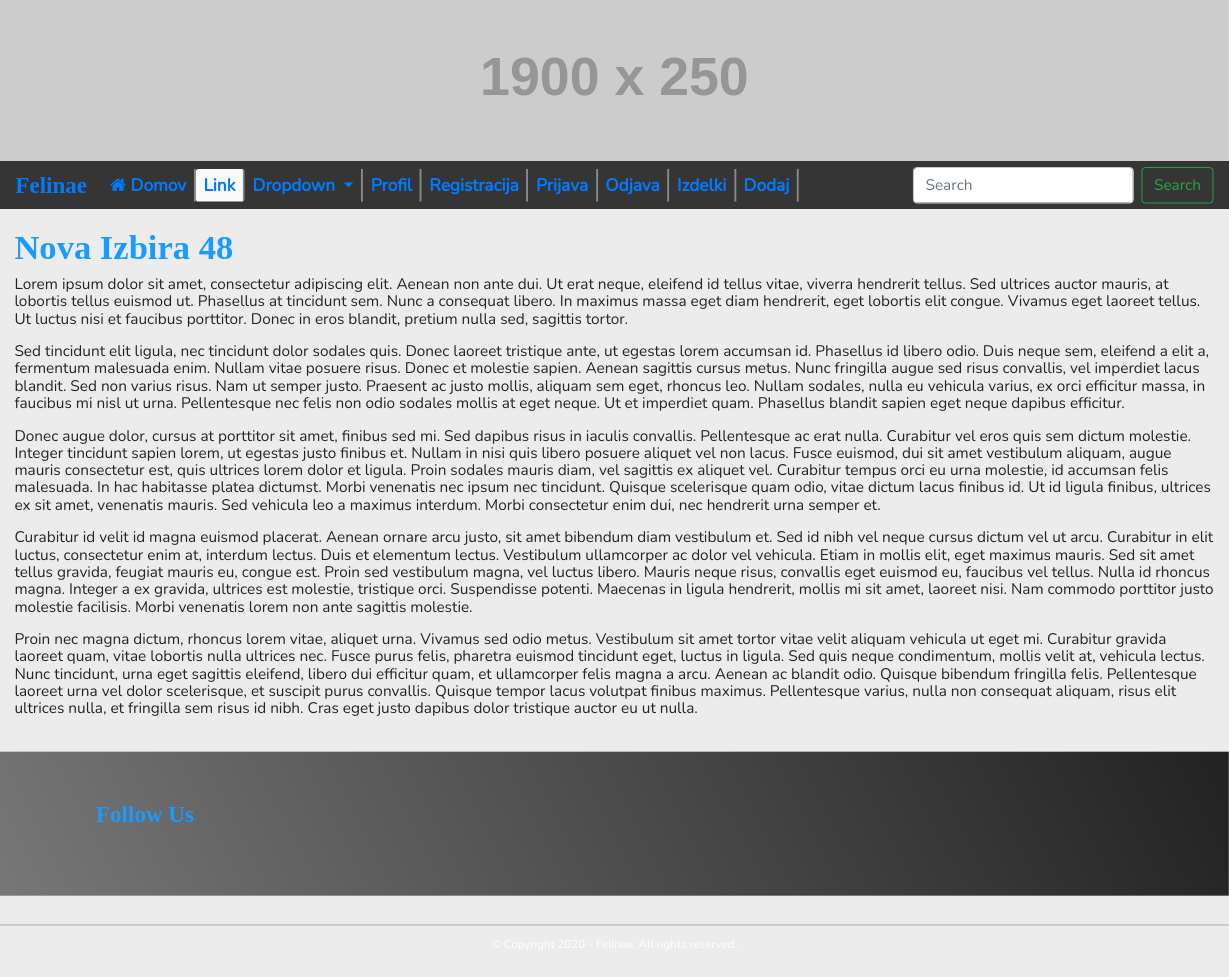
Repository: UrbyK/Felinae
Page: http://localhost/index.php?page=home
These files come from the project's save history. The page is drawn as it stood at one moment and after the next save; the edit follows.
The browser window is 1280 px wide. The pictures show the whole page, at 96% of full size.
Some web fonts or font styles are not loaded; a fallback is used. The page is run by PHP 8.4 with error messages shown; the project is at /var/www/html/.

Above is the page before, as saved 2020-08-29 19:18:45.

### index.php
<?php
    session_start();

    include './functions.php';

    $pdo = pdo_connect_mysql();

    $_GET   = filter_input_array(INPUT_GET, FILTER_SANITIZE_STRING);
    $_POST  = filter_input_array(INPUT_POST, FILTER_SANITIZE_STRING);

    $page = isset($_GET['page']) && file_exists($_GET['page']. '.php') ? $_GET['page'] : 'home';
    include $page . '.php';

    template_footer();

?>

### functions.php
<?php
    include './includes/dbh.inc.php';

    include_once('./includes/search-functions.php');
    include_once('./includes/picture-upload.inc.php');

    function template_header($title){
        include_once('./header.php');
    }

    function template_footer(){
        include_once('./footer.php');
    }


    function countries(){
        $pdo = pdo_connect_mysql();
        $stmt = $pdo->prepare("SELECT * FROM country");
        $stmt->execute();
        $result = $stmt->fetchAll(PDO::FETCH_ASSOC);
        return $result;
    }

    function slugify($string){
        return strtolower(trim(preg_replace('/[^A-Za-z0-9-]+/', '-', $string), '-'));
    }

    function get_image($product_id){
        $pdo = pdo_connect_mysql();
        $stmt = $pdo->prepare("SELECT * FROM product_image WHERE product_id = ?");
        $stmt->execute([$product_id]);
        $result = $stmt->fetchAll(PDO::FETCH_ASSOC);
        return $result;
    }

    function retail_price($product_id){
        $pdo = pdo_connect_mysql();
        $stmt = $pdo->prepare("SELECT * FROM product WHERE ID = ?");
        $stmt->execute([$product_id]);
        $product = $stmt->fetch();

        if($product['startsAt'] <= date('Y-m-d H:i:s') && date('Y-m-d H:i:s') <= $product['endsAt']){
            $retail_price = round($product['price']-($product['price']*($product['discount']/100)), 2);
        }
        else{
            $retail_price = $product['price'];
        }

        return $retail_price;

    }

?>

### includes/dbh.inc.php
<?php
    function pdo_connect_mysql(){
        /* credentials */
        $dbHost = 'localhost';
        $dbUser = 'root';
        $dbPass = '';
        $dbName = 'felinae';

        try{
            return new PDO('mysql:host=' . $dbHost . ';dbname=' . $dbName . ';charset=utf8', $dbUser, $dbPass);
        } catch (PDOException $exception) {
            // If there is an error with the connection, stop the script and display the error.
            die ('Failed to connect to database!'. $exception->getMessage());
        }
    }
?>

### includes/search-functions.php
<?php
    function get_city($pdo, $city, $postalCode, $country_id){

        $query = "SELECT * FROM city WHERE country_id = ? AND lower(city) LIKE lower(?) AND postalCode = ?";
        $stmt = $pdo->prepare($query);
        $stmt->execute([$country_id, $city, $postalCode]);
        return $stmt;
    }
?>

### includes/picture-upload.inc.php
<?php

    function image_upload($product_id, $url, $caption, $i){

        $pdo = pdo_connect_mysql();
        $target_dir = "./uploads/";
        $relative_dir = "./uploads/";

        $change_name = date("Y-m-d-h-i-s")."-".$product_id."-".basename($url);
        $change_name;
        $target_file = $target_dir . $change_name;
        $relative_file = $relative_dir . $change_name;

        $uploadOk = 1;
        $imageFileType = strtolower(pathinfo($target_file,PATHINFO_EXTENSION));

        if(isset($_POST["submit"])) {
            $check = getimagesize($_FILES["image"]["tmp_name"][$i]);
            if($check !== false) {
                //echo "File is an image - " . $check["mime"] . ".";
                $uploadOk = 1;
            } else {
                //echo "File is not an image.";
                $uploadOk = 0;
            }
        }

        if($imageFileType != "jpg" && $imageFileType != "png" && $imageFileType != "jpeg"
        && $imageFileType != "gif" ) {
            $uploadOk = 0;
        }

        if ($uploadOk == 1) {
            if (move_uploaded_file($_FILES["image"]["tmp_name"][$i], $target_file)) {
                //vse je ok, zapišem še v bazo
                $query = "INSERT INTO product_image(product_id, image, caption) VALUES (?,?,?)";
                $stmt = $pdo->prepare($query);
                $stmt->execute([$product_id, $relative_file, $caption]);
            }
        }
    }

?>

### home.php
<?=template_header('Home')?>
<div class="row">
    <h1>Nova Izbira 48</h1>
    <p>
    Lorem ipsum dolor sit amet, consectetur adipiscing elit. Aenean non ante dui. Ut erat neque, eleifend id tellus vitae, viverra hendrerit tellus. Sed ultrices auctor mauris, at lobortis tellus euismod ut. Phasellus at tincidunt sem. Nunc a consequat libero. In maximus massa eget diam hendrerit, eget lobortis elit congue. Vivamus eget laoreet tellus. Ut luctus nisi et faucibus porttitor. Donec in eros blandit, pretium nulla sed, sagittis tortor.
    </p>
    <p>
    Sed tincidunt elit ligula, nec tincidunt dolor sodales quis. Donec laoreet tristique ante, ut egestas lorem accumsan id. Phasellus id libero odio. Duis neque sem, eleifend a elit a, fermentum malesuada enim. Nullam vitae posuere risus. Donec et molestie sapien. Aenean sagittis cursus metus. Nunc fringilla augue sed risus convallis, vel imperdiet lacus blandit. Sed non varius risus. Nam ut semper justo. Praesent ac justo mollis, aliquam sem eget, rhoncus leo. Nullam sodales, nulla eu vehicula varius, ex orci efficitur massa, in faucibus mi nisl ut urna. Pellentesque nec felis non odio sodales mollis at eget neque. Ut et imperdiet quam. Phasellus blandit sapien eget neque dapibus efficitur.
    </p>
    <p>
    Donec augue dolor, cursus at porttitor sit amet, finibus sed mi. Sed dapibus risus in iaculis convallis. Pellentesque ac erat nulla. Curabitur vel eros quis sem dictum molestie. Integer tincidunt sapien lorem, ut egestas justo finibus et. Nullam in nisi quis libero posuere aliquet vel non lacus. Fusce euismod, dui sit amet vestibulum aliquam, augue mauris consectetur est, quis ultrices lorem dolor et ligula. Proin sodales mauris diam, vel sagittis ex aliquet vel. Curabitur tempus orci eu urna molestie, id accumsan felis malesuada. In hac habitasse platea dictumst. Morbi venenatis nec ipsum nec tincidunt. Quisque scelerisque quam odio, vitae dictum lacus finibus id. Ut id ligula finibus, ultrices ex sit amet, venenatis mauris. Sed vehicula leo a maximus interdum. Morbi consectetur enim dui, nec hendrerit urna semper et.
    </p>
    <p>
    Curabitur id velit id magna euismod placerat. Aenean ornare arcu justo, sit amet bibendum diam vestibulum et. Sed id nibh vel neque cursus dictum vel ut arcu. Curabitur in elit luctus, consectetur enim at, interdum lectus. Duis et elementum lectus. Vestibulum ullamcorper ac dolor vel vehicula. Etiam in mollis elit, eget maximus mauris. Sed sit amet tellus gravida, feugiat mauris eu, congue est. Proin sed vestibulum magna, vel luctus libero. Mauris neque risus, convallis eget euismod eu, faucibus vel tellus. Nulla id rhoncus magna. Integer a ex gravida, ultrices est molestie, tristique orci. Suspendisse potenti. Maecenas in ligula hendrerit, mollis mi sit amet, laoreet nisi. Nam commodo porttitor justo molestie facilisis. Morbi venenatis lorem non ante sagittis molestie.
    </p>
    <p>
    Proin nec magna dictum, rhoncus lorem vitae, aliquet urna. Vivamus sed odio metus. Vestibulum sit amet tortor vitae velit aliquam vehicula ut eget mi. Curabitur gravida laoreet quam, vitae lobortis nulla ultrices nec. Fusce purus felis, pharetra euismod tincidunt eget, luctus in ligula. Sed quis neque condimentum, mollis velit at, vehicula lectus. Nunc tincidunt, urna eget sagittis eleifend, libero dui efficitur quam, et ullamcorper felis magna a arcu. Aenean ac blandit odio. Quisque bibendum fringilla felis. Pellentesque laoreet urna vel dolor scelerisque, et suscipit purus convallis. Quisque tempor lacus volutpat finibus maximus. Pellentesque varius, nulla non consequat aliquam, risus elit ultrices nulla, et fringilla sem risus id nibh. Cras eget justo dapibus dolor tristique auctor eu ut nulla.
    </p>
</div>

<?=template_footer()?>

### header.php
<!DOCTYPE html>
<html>
    <head>
        <meta charset="utf-8" content="text/html"/>
        <meta name="viewport" content="width=device-width, intital-scale=1.0"/>

        <!-- JavaScript -->
        <script src="https://code.jquery.com/jquery-3.5.1.js" integrity="sha256-QWo7LDvxbWT2tbbQ97B53yJnYU3WhH/C8ycbRAkjPDc=" crossorigin="anonymous"></script>
        <!-- Boostrap -->
            <!-- CSS -->
        <link rel="stylesheet" href="https://stackpath.bootstrapcdn.com/bootstrap/4.5.0/css/bootstrap.min.css"
            integrity="sha384-9aIt2nRpC12Uk9gS9baDl411NQApFmC26EwAOH8WgZl5MYYxFfc+NcPb1dKGj7Sk" crossorigin="anonymous" />

            <!-- JavaScript -->
        <script src="https://stackpath.bootstrapcdn.com/bootstrap/4.5.0/js/bootstrap.bundle.min.js"
             integrity="sha384-1CmrxMRARb6aLqgBO7yyAxTOQE2AKb9GfXnEo760AUcUmFx3ibVJJAzGytlQcNXd" crossorigin="anonymous"></script>

        <!-- FONTAWESOME -->
        <link rel="stylesheet" href="https://stackpath.bootstrapcdn.com/font-awesome/4.7.0/css/font-awesome.min.css" integrity="sha384-wvfXpqpZZVQGK6TAh5PVlGOfQNHSoD2xbE+QkPxCAFlNEevoEH3Sl0sibVcOQVnN"
         crossorigin="anonymous">

         <script src="./js/active-menu.js" crossorigin="anonymous"></script>

         <!--CUSTOM CSS-->
         <link rel="stylesheet" href="./css/style.css">

        <title>Felinae</title>
    </head>

    <body>

        <header>
            <div class="banner"><img src="https://via.placeholder.com/1900x250" alt="banner"></div>
        </header>

       <!-- <nav class="navbar sticky-top navbar-expand-lg navbar-light bg-light ">-->
        <nav class="navbar sticky-top navbar-expand-lg">
            <a class="navbar-brand" href="#">Felinae</a>
            <button class="navbar-toggler ml-auto custom-toggler" type="button" data-toggle="collapse" data-target="#navbarSupportedContent" aria-controls="navbarSupportedContent" aria-expanded="false" aria-label="Toggle navigation">
                <span class="navbar-toggler-icon"></span>
            </button>

            <div class="collapse navbar-collapse" id="navbarSupportedContent">

                <ul class="navbar-nav mr-auto">
                    <li class="nav-item">
                        <a class="nav-link" href="./index.php"><i class="fa fa-home" aria-hidden="true"></i> Domov <span class="sr-only">(current)</span></a>
                    </li>
                    <li class="nav-item">
                        <a class="nav-link" href="./index.php?page=home">Link</a>
                    </li>
                    <li class="nav-item dropdown" >
                        <a class="nav-link dropdown-toggle" href="#" id="navbarDropdown" role="button" data-toggle="dropdown" aria-haspopup="true" aria-expanded="false">
                        Dropdown
                        </a>
                        <div class="dropdown-menu" aria-labelledby="navbarDropdown">
                        <a class="dropdown-item" href="#">Action</a>
                        <a class="dropdown-item" href="#">Another action</a>
                        <div class="dropdown-divider"></div>
                        <a class="dropdown-item" href="#">Something else here</a>
                        </div>
                    </li>

                    <li class="nav-item">
                        <a class="nav-link" href="./index.php?page=profile">Profil</a>
                    </li>
                    <li class="nav-item">
                        <a class="nav-link" href="./index.php?page=register-user">Registracija</a>
                    </li>
                    <li class="nav-item">
                        <a class="nav-link" href="./index.php?page=login">Prijava</a>
                    </li>
                    <li class="nav-item">
                        <a class="nav-link" href="./index.php?page=logout">Odjava</a>
                    </li>
                    <li class="nav-item">
                        <a class="nav-link" href="./index.php?page=products">Izdelki</a>
                    </li>
                    <li class="nav-item">
                        <a class="nav-link" href="./index.php?page=product-add">Dodaj</a>
                    </li>

                </ul>

                <form class="form-inline my-2 my-lg-0">
                    <input class="form-control mr-sm-2" type="search" placeholder="Search" aria-label="Search">
                    <button class="btn btn-outline-success my-2 my-sm-0" type="submit">Search</button>
                </form>

            </div>
        </nav>

    <div class="container-fluid">

### footer.php
    </div><!-- class="container-fluid" --->

        <footer class="page-footer font-small flow-footer" id="footer" role="contentinfo">
            <div class="footer-wrapper">
                <div class="container container-footer">
                    <div class="row">
                        <div class="col-12">
                            <h4>Follow Us</h4>
                            <ul class="social-network social-circle">
                                <li><a href="https://www.facebook.com" target="_blank" class="icoFacebook" title="Facebook"><i class="fab fa-facebook-f"></i></a></li>
                                <li><a href="https://www.linkedin.com" target="_blank" class="icoLinkedin" title="Linkedin"><i class="fab fa-linkedin-in"></i></a></li>
                                <li><a href="https://www.youtube.com" target="_blank" class="icoYoutube" title="Youtube"><i class="fab fa-youtube"></i></a></li>
                                <li><a href="https://twitter.com" target="_blank" class="icoTwitter" title="Twitter"><i class="fab fa-twitter"></i></a></li>
                            </ul>
                            </div>
                        </div>
                    </div>
                    <div class="row">
                        <div class="col-12 copy">
                            <p class="text-center">&copy; Copyright 2020 - Felinae.  All rights reserved.</p>
                        </div>
                    </div>
                </div>
            </div>
        </footer>





    </body>
</html>

### js/active-menu.js
$(function(){
    // this will get the full URL at the address bar
    var url = window.location.href;

    // passes on every "a" tag
    $(".navbar a").each(function() {
            // checks if its the same on the address bar
        if(url === (this.href)) {
            $(this).closest("li").addClass("active");
        }
    });
});

### css/style.css
@import url('http://fonts.googleapis.com/css?family=Oxygen+Mono');
@import url('https://fonts.googleapis.com/css?family=Damion|Neucha|Pacifico|Yellowtail&display=swap');
@import url('https://fonts.googleapis.com/css2?family=Crimson+Text&family=Nunito&family=Overlock&family=Source+Sans+Pro&display=swap');
@import url('https://fonts.googleapis.com/css2?family=Love+Ya+Like+A+Sister&display=swap');

*{
    text-decoration: none;
    list-style: none;
}

body{
    padding: 0;
    margin: 0 auto;
    font-size: 16px;
    line-height: 1.125em;
    font-family: 'Nunito', 'Source Sans Pro', sans-serif;
    background-color: #ececec;
    height: 100%;
}

h1, h2, h3, h4, h5, h6{
    font-family: 'Overlock', 'Crimson Text', cursive, serif;
    color: #1b9bff;
    font-weight: 550;
    line-height: 1.125em;
}

h1{
    font-size: 36px;
}
h2{
    font-size: 32px;
}
h3{
    font-size: 28px;
}
h4{
    font-size: 24px;
}
h5{
    font-size: 20px;
}
h6{
    font-size: 16px;
}

.container, .container-fluid{
  height: 100%;
  min-height: 100%;
}

/* BANNER */

@media all and (max-width: 800px){
  .banner{
     display: none;
  }
}

.banner img{
    width: 100%;
    height: auto;
}

/*NAVBAR*/
.navbar{
    background-color: rgb(53,53,53);
    font-size: 18px;
    font-weight: 600;
    max-height: 50px;
}

.navbar-brand{
    font-size: 24px;
    font-family: 'Love Ya Like A Sister','Overlock';
    font-weight: 800;

}

.custom-toggler .navbar-toggler-icon {
    background-image: url("data:[embedded picture, 239 characters]");
  }

  .custom-toggler, .navbar-toggler {
    border-color: rgb(27, 155, 255);
    border-width: 2px;
  }

  .active{
    background-color: #FAFAFA;
    border-radius: 3px;
  }
.navbar-nav .nav-item{
    border-right: 2px solid #888;
}

/*=======FOOTER=========*/
footer {
  background: #535355;
  background: -webkit-linear-gradient(63deg, #777777, #222222);
  background: linear-gradient(63deg, #777777, #222222);
  color: white;
  height: 150px;
  position: relative;
  width: 100%;
}

footer a {
  color: #fefefe;
  font-size: 14px;
  transition-duration: 0.2s;
}

footer a:hover {
  color: #1b9bff;
  text-decoration: none;
}

.copy {
  font-size: 12px;
  padding: 10px;
  border-top: 1px solid #aaa;
}

.footer-wrapper {
  padding-top: 2em;
  color: white;
}



/*REGISTER/LOGIN FORM*/

.my-form .hint{
    font-size: 10px;
}

/*======PRODUCT ADD======*/
.form-group .col #charNum{
  float: right;
}

/*======== HOVERBOX ==============*/
/* displays text when you hover over the image */
.hvrbox,
.hvrbox * {
  box-sizing: border-box;
}

.hvrbox {
  position: relative;
  display: inline-block;
  overflow: hidden;

  height: 100%;
  width: auto;
  margin-top: 5%;
  padding-bottom: 10px;

  border-bottom: 1px dashed #aaa;
}

.hvrbox img {
  max-width: 100%;
  margin: auto;
}

.hvrbox .hvrbox-layer_bottom {
  display: block;
}

.hvrbox .hvrbox-layer_top {
  opacity: 0;
  position: absolute;
  top: 0;
  left: 0;
  right: 0;
  bottom: 0;
  width: 100%;
  height: 100%;
  background: rgba(0, 0, 0, 0.6);
  color: #fff;
  padding: 15px;
  -moz-transition: all 0.5s ease-in-out 0s;
  -webkit-transition: all 0.5s ease-in-out 0s;
  -ms-transition: all 0.5s ease-in-out 0s;
  transition: all 0.5s ease-in-out 0s;
}

.hvrbox:hover .hvrbox-layer_top,
.hvrbox.active .hvrbox-layer_top {
  opacity: 1;
  height: 100%;
}

.hvrbox .hvrbox-text {
  text-align: center;
  font-size: 17px;
  display: inline-block;
  position: absolute;
  top: 50%;
  left: 50%;
  -moz-transform: translate(-50%, -50%);
  -webkit-transform: translate(-50%, -50%);
  -ms-transform: translate(-50%, -50%);
  transform: translate(-50%, -50%);
}

.hvrbox .hvrbox-text_mobile {
  font-size: 15px;
  border-top: 1px solid rgb(179, 179, 179); /* for old browsers */
  border-top: 1px solid rgba(179, 179, 179, 0.7);
  margin-top: 5px;
  padding-top: 2px;
  display: none;
}

.hvrbox.active .hvrbox-text_mobile {
  display: block;
}

.hvrbox .hvrbox-layer_slideup {
  -moz-transform: translateY(100%);
  -webkit-transform: translateY(100%);
  -ms-transform: translateY(100%);
  transform: translateY(100%);
}

.hvrbox:hover .hvrbox-layer_slideup,
.hvrbox.active .hvrbox-layer_slideup {
  -moz-transform: translateY(0);
  -webkit-transform: translateY(0);
  -ms-transform: translateY(0);
  transform: translateY(0);
}

.hvrbox:hover .price{
  color: #fff;
  -moz-transition: color 0.8s ease 0s;
  -webkit-transition: color 0.8s ease 0s;
  -ms-transition: color 0.8s ease 0s;
  transition: color 0.8s ease 0s;
}

/*========PRODUCTS=========*/
.card-btn form input{
  max-width: 250px;
  width: 100%;
}

form input[type="number"] {
  width: 100%;
	padding: 10px;
	margin-bottom: 15px;
	border: 1px solid #aaa;
	color: #555555;
  border-radius: 5px;
  -moz-appearance: textfield;
}

form input[type="submit"] {
	background-color: #1b9bff;;
	border: 0;
	color: #FFFFFF;
	width: 100%;
	padding: 12px 0;
	text-transform: uppercase;
	font-size: 14px;
	font-weight: bold;
	border-radius: 5px;
  cursor: pointer;

}

form input[type="submit"]:hover {
	background-color: #1a5f94;;
}


.product-item {
  background-color: #fff;
  border: 1px solid black;
}

.product-name{
  font-size: 16px;
  /*padding-top: 15px;*/
  font-weight: bold;
  color: #1b9bff;
  font-family: 'Franklin Gothic Medium', 'Arial Narrow', Arial, sans-serif;
}

.product-name:hover{
color: #1a5f94;
}



/* THUMBNAIL FOR IMAGE PREVIEW ON PRODUCTS*/
.img-thumbnail{
  max-height: 100%;
  height: auto;
  width: auto;
}

.row{
  margin: 20px auto;
}


/* CARD */
.products-preview{
  max-height: 450px;
}

.products-preview-body{
  height: 200px;

}

.products-preview-body ul{
  list-style: none;
  padding: 0;
}
/*
.products-preview-body span {
  position: relative;
  display: block;
}*/

/*==products prices==*/
.card-btn{
  margin: 20px auto;
}

.price{
  font-weight: bold;
  font-size: 20px;
  color: #3f3f3f;
  }

.old-price{
  font-size: 20px;
  margin: 0 5px;
  font-weight: normal;
  color: #777;
}

.discount{
  font-size: 18px;
  color: #eee;
  font-weight: 900;
  border: 2px solid #009900;
  border-radius: 50%;
  background-color: #009900;
  margin: 3px;
  padding: 5px;
  float: right;
  text-decoration: none;
}

del, .old-price{
  text-decoration: line-through;
}

input[type=submit]:disabled{
  background-color: #346081;
}

.product-picture{
  display: flex;
  align-items: center;
  justify-content: center;
}

.product-picture img{
  align-items: center;
  justify-content: center;
  max-width: 100%;
  margin: auto;
  border: 2px solid #aaa;
  max-height: 650px;
  /*border-radius: 50px;*/
}



.product-info{
  margin: auto 0;
  padding-right: 5%;
  padding-bottom: 55px;
  background-color: #efefef;
}

.product-info h1 {
	font-size: 34px;
	font-weight: normal;
	margin: 0;
  padding: 20px 0 10px 0;
  color: #1b9bff;
  font-family:  'Franklin Gothic Medium', 'Arial Narrow', Arial, sans-serif;
}

.product-info .price {
	display: block;
	font-size: 22px;
}

.product-info form {
	display: flex;
	flex-flow: column;
  margin: 40px 0;
}

.product-info form input,
.card-btn form input{
  max-width: 250px;
  width: 100%;
}

.product-info form input[type="number"],
.card-btn form input[type="number"],
.cart form input[type="number"] {
  width: 100%;
	padding: 10px;
	margin-bottom: 15px;
	border: 1px solid #aaa;
	color: #555555;
  border-radius: 5px;
  -moz-appearance: textfield;
}

.product-info form input[type="submit"],
.card-btn form input[type="submit"] {
	background-color: #1b9bff;;
	border: 0;
	color: #FFFFFF;
	width: 100%;
	padding: 12px 0;
	text-transform: uppercase;
	font-size: 14px;
	font-weight: bold;
	border-radius: 5px;
  cursor: pointer;

}
.product-info form input[type="submit"]:hover,
.card-btn form input[type="submit"]:hover {
	background-color: #1a5f94;;
}
/*
.product-price .old-price{
  float: left;
}
*/
li .discount{
  float: none;
  text-decoration: none !important;
}

.product-price .retail-price{
  font-size: 38px;
  margin-top: 24px;
}

/*===CAROUSEL===*/
.carousel-control:hover{
  background-color: rgba(51, 51, 51, 0.5);
}

.carousel-inner {
  margin: auto 0;
}

.sales-date{
  margin-bottom: 10px;
  font-size: 18px;
  color: #009900;
}

.whitespace{
  white-space: pre-wrap;
}

.products-preview{
  margin: 5px auto;
}

.measurements{
  white-space: nowrap;
}

.measurements li{
  display: inline;
}


/*======FOOTER======*/

After the next save:
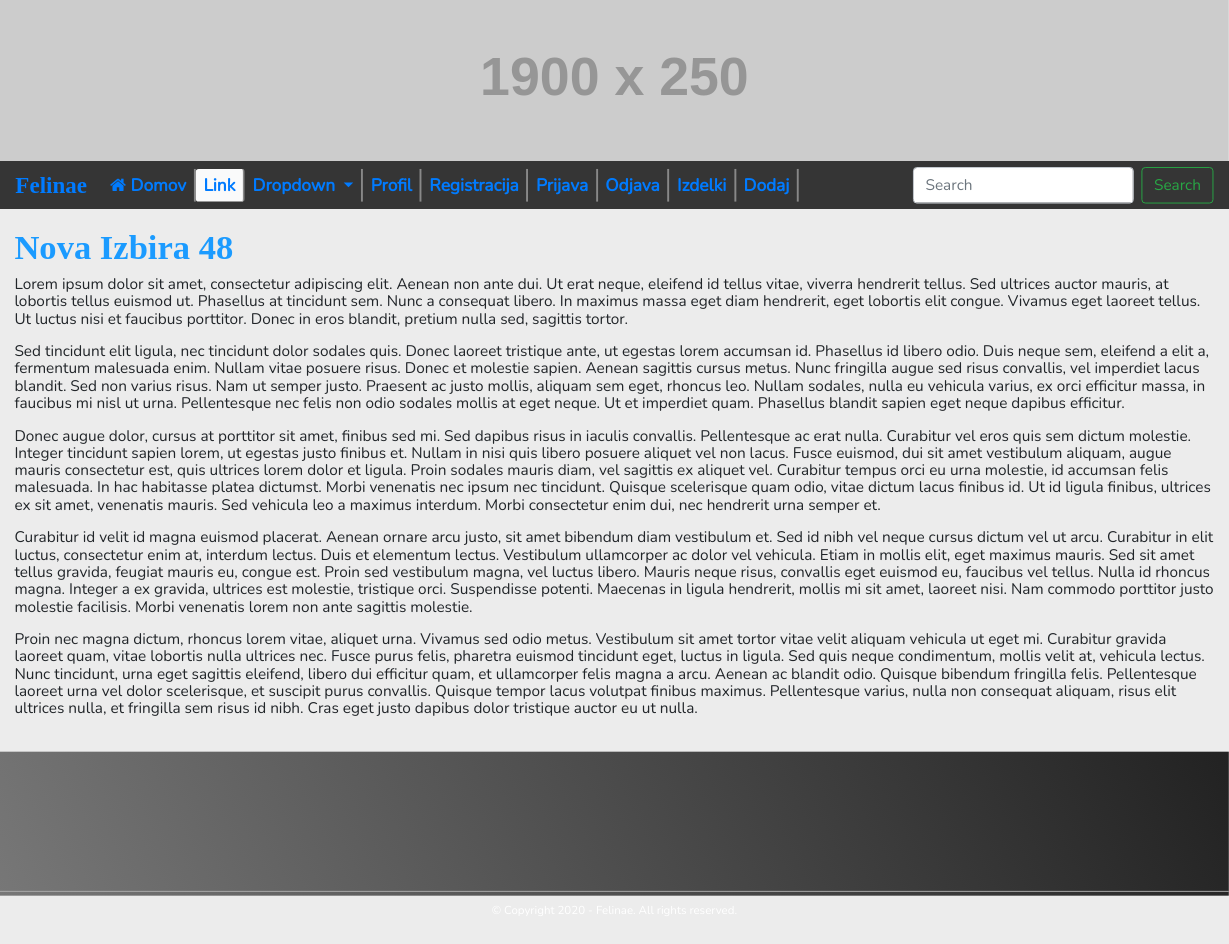
Saved 8 s later.
--- a/footer.php
+++ b/footer.php
@@ -5,7 +5,6 @@
                 <div class="container container-footer">
                     <div class="row">
                         <div class="col-12">
-                            <h4>Follow Us</h4>
                             <ul class="social-network social-circle">
                                 <li><a href="https://www.facebook.com" target="_blank" class="icoFacebook" title="Facebook"><i class="fab fa-facebook-f"></i></a></li>
                                 <li><a href="https://www.linkedin.com" target="_blank" class="icoLinkedin" title="Linkedin"><i class="fab fa-linkedin-in"></i></a></li>
